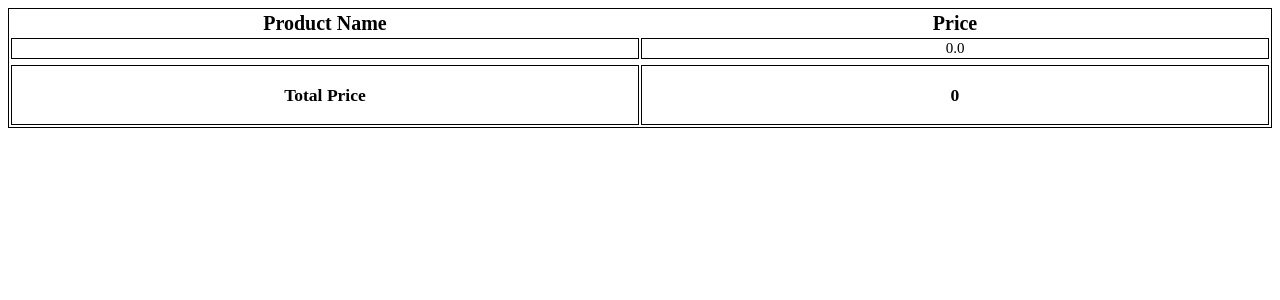
Repository: FatCat0712/JSP
Page: http://localhost/bai_20/donHang.jsp
The author's editor kept a copy of each file at every save. The page is drawn from the files as they stood at one save, then again after the next save.
The browser window is 1280 px wide. The pictures show the whole page.
The page is served by Tomcat 9.

Above is the page before, as saved 2024-04-22 14:01:32.

### bai_20/src/main/webapp/donHang.jsp
<%@ page language="java" contentType="text/html; charset=UTF-8"
    pageEncoding="UTF-8"%>
<!DOCTYPE html>
<html>
<head>
<meta charset="UTF-8">
<title>Order Confirmation</title>
<style>
	td{
		font-size: 15px;
		text-align: center;
		border: 1px solid black;
		border-collapse: collapse;
	}
</style>
</head>
<body>
	<%
		double totalPrice = 0;

		String processor = request.getParameter("processor");
		double processorPrice = 0;
		String processName = "";
		if(processor != null){
			if(processor.equals("corei9")){
				processName += "Intel Core i9";
				processorPrice += 10000000;
			}
			else if(processor.equals("corei7")){
				processName += "Intel Core i7";
				processorPrice += 8000000;
			}
			else if(processor.equals("corei5")){
				processName += "Intel Core i5";
				processorPrice += 6000000;
			}
			else if(processor.equals("corei3")){
				processName += "Intel Core i3";
				processorPrice += 5000000;
			}
			else if(processor.equals("dualcore")){
				processName += "Dual Core";
				processorPrice += 3000000;
			}
			else if(processor.equals("pentium")){
				processName += "Pentium";
				processorPrice += 500000;
			}
		}
		totalPrice += processorPrice;


		String memoryName = request.getParameter("memory");
		double memoryPrice = 0;

		if(memoryName != null){
			if(memoryName.equals("Ram 4GB")){
				memoryPrice += 300000;
			}
			else if(memoryName.equals("Ram 8GB")){
				memoryPrice += 500000;
			}
			else if(memoryName.equals("Ram 16GB")){
				memoryPrice += 800000;
			}
			else if(memoryName.equals("Ram 32GB")){
				memoryPrice += 1000000;
			}
		}
		totalPrice += memoryPrice;


		String monitor = request.getParameter("monitor");
		double monitorPrice = 0;
		if(monitor != null){
			monitorPrice += 3000000;
		}

		String[] accessories = request.getParameterValues("accessories");
		if(accessories != null){
			for(String a: accessories){
				if(a.equals("printer")){
					totalPrice += 2000000;
				}
				else if(a.equals("scanner")){
					totalPrice += 2500000;
				}
				else if(a.equals("speaker")){
					totalPrice += 1500000;
				}
				else if(a.equals("camera")){
					totalPrice += 900000;
				}
			}
		}
	%>


	<table style="width: 100%; border: 1px solid black;" >
		<thead>
			<tr>
				<th style="width: 50%; font-size: 20px; text-align: center;">Product Name</th>
				<th style="width: 50%; font-size: 20px; text-align: center;">Price</th>
			</tr>
		</thead>
		<tr>
			<%if(processName != null)
			{
			%>
				<td><%= processName %></td>
				<td><%= processorPrice %></td>
			<%} %>
		</tr>
		<tr>
			<%if(memoryName != null)
			{
			%>
				<td><%= memoryName %></td>
				<td><%= memoryPrice %></td>
			<%} %>
		</tr>

		<tr>
			<%if(monitor != null)
			{
			%>
				<td>Monitor</td>
				<td><%= monitorPrice %></td>
			<%} %>
		</tr>


			<%if(accessories != null){
				String choice = "";
				double price = 0;
				for(String a : accessories){
					if(a.equals("printer")){
						choice = "Printer";
						price = 2000000;
					}
					else if(a.equals("scanner")){
						choice = "Scanner";
						price = 2500000;
					}
					else if(a.equals("speaker")){
						choice = "Speaker";
						price = 1500000;
					}
					else if(a.equals("camera")){
						choice = "Camera";
						price = 900000;
					}%>
					<tr>
						<td><%=choice %></td>
						<td><%=price %></td>
					</tr>
				<%}%>

			<%} %>


		<tr>
			<td><h3>Total Price</h3></td>
			<td><h3><%= Math.round(totalPrice) %></h3></td>
		</tr>
	</table>
</body>
</html>

After the next save:
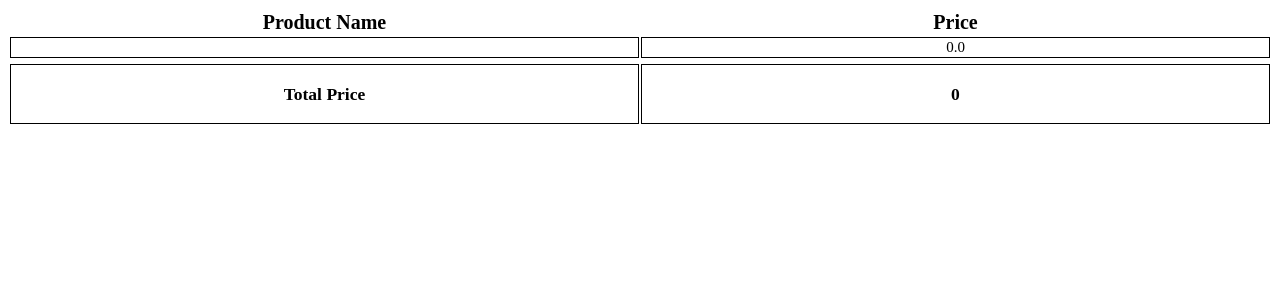
Saved 19 s later.
--- a/bai_20/src/main/webapp/donHang.jsp
+++ b/bai_20/src/main/webapp/donHang.jsp
@@ -96,7 +96,7 @@
 	%>
 
 
-	<table style="width: 100%; border: 1px solid black;" >
+	<table style="width: 100%" >
 		<thead>
 			<tr>
 				<th style="width: 50%; font-size: 20px; text-align: center;">Product Name</th>
